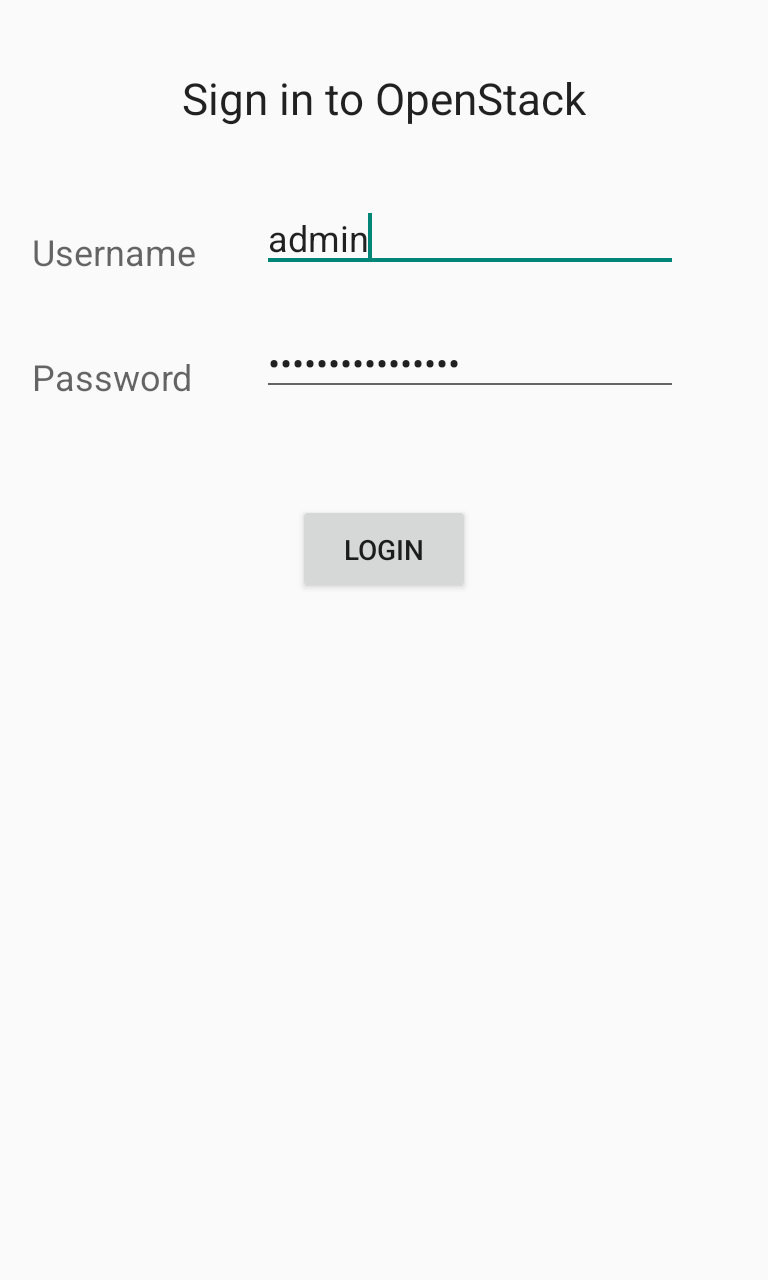
Repository: browndrf/cmpe283
Layout: myopenstack/res/layout/login_activity.xml
The author's editor kept a copy of each file at every save. The layout is drawn from the files as they stood at one save, then again after the next save.
It is drawn on a 768 x 1280 px phone screen (xhdpi) without system bars, with theme AppTheme; the app's code is not run.

Above is the layout before, as saved 2014-09-14 01:11:57.

### myopenstack/res/layout/login_activity.xml
<RelativeLayout xmlns:android="http://schemas.android.com/apk/res/android"
   xmlns:tools="http://schemas.android.com/tools"
   android:layout_width="match_parent"
   android:layout_height="match_parent"
   android:paddingBottom="@dimen/activity_vertical_margin"
   android:paddingLeft="@dimen/activity_horizontal_margin"
   android:paddingRight="@dimen/activity_horizontal_margin"
   android:paddingTop="@dimen/activity_vertical_margin"
   tools:context=".Login" >

   <TextView
      android:id="@+id/textView1"
      android:layout_width="wrap_content"
      android:layout_height="wrap_content"
      android:layout_alignParentTop="true"
      android:layout_centerHorizontal="true"
      android:layout_marginTop="18dp"
      android:text="Sign in to OpenStack"
      android:textAppearance="?android:attr/textAppearanceLarge" />

   <TextView
      android:id="@+id/textView2"
      android:layout_width="wrap_content"
      android:layout_height="wrap_content"
      android:layout_alignParentLeft="true"
      android:layout_below="@+id/textView1"
      android:layout_marginTop="50dp"
      android:text="Username"
      android:textAppearance="?android:attr/textAppearanceMedium" />

   <EditText
      android:id="@+id/editText1"
      android:layout_width="wrap_content"
      android:layout_height="wrap_content"
      android:layout_alignBottom="@+id/textView2"
      android:layout_marginLeft="32dp"
      android:layout_toRightOf="@+id/textView2"
      android:text="admin"
      android:ems="10" >

      <requestFocus />
   </EditText>

   <TextView
      android:id="@+id/textView3"
      android:layout_width="wrap_content"
      android:layout_height="wrap_content"
      android:layout_alignLeft="@+id/textView2"
      android:layout_below="@+id/textView2"
      android:layout_marginTop="38dp"
      android:text="Password"
      android:textAppearance="?android:attr/textAppearanceMedium" />

   <EditText
      android:id="@+id/editText2"
      android:layout_width="wrap_content"
      android:layout_height="wrap_content"
      android:layout_alignBottom="@+id/textView3"
      android:layout_alignLeft="@+id/editText1"
      android:ems="10"
      android:text="cded84956ebc46ae"
      android:inputType="textPassword" />

   <Button
      android:id="@+id/button1"
      android:layout_width="wrap_content"
      android:layout_height="wrap_content"
      android:layout_below="@+id/editText2"
      android:layout_centerHorizontal="true"
      android:layout_marginTop="50dp"
      android:onClick="login"
      android:text="Login" />

   <TextView
      android:id="@+id/textViewErr"
      android:layout_width="wrap_content"
      android:layout_height="wrap_content"
      android:layout_marginTop="60dp"
      android:textAppearance="?android:attr/textAppearanceMedium" />

</RelativeLayout>

Loaded but not shown: myopenstack/res/values/styles.xml (common file); myopenstack/res/values-v11/styles.xml (common file); myopenstack/res/values-v14/styles.xml (common file); myopenstack/res/values/dimens.xml (common file); myopenstack/res/values-w820dp/dimens.xml (common file)

After the next save:
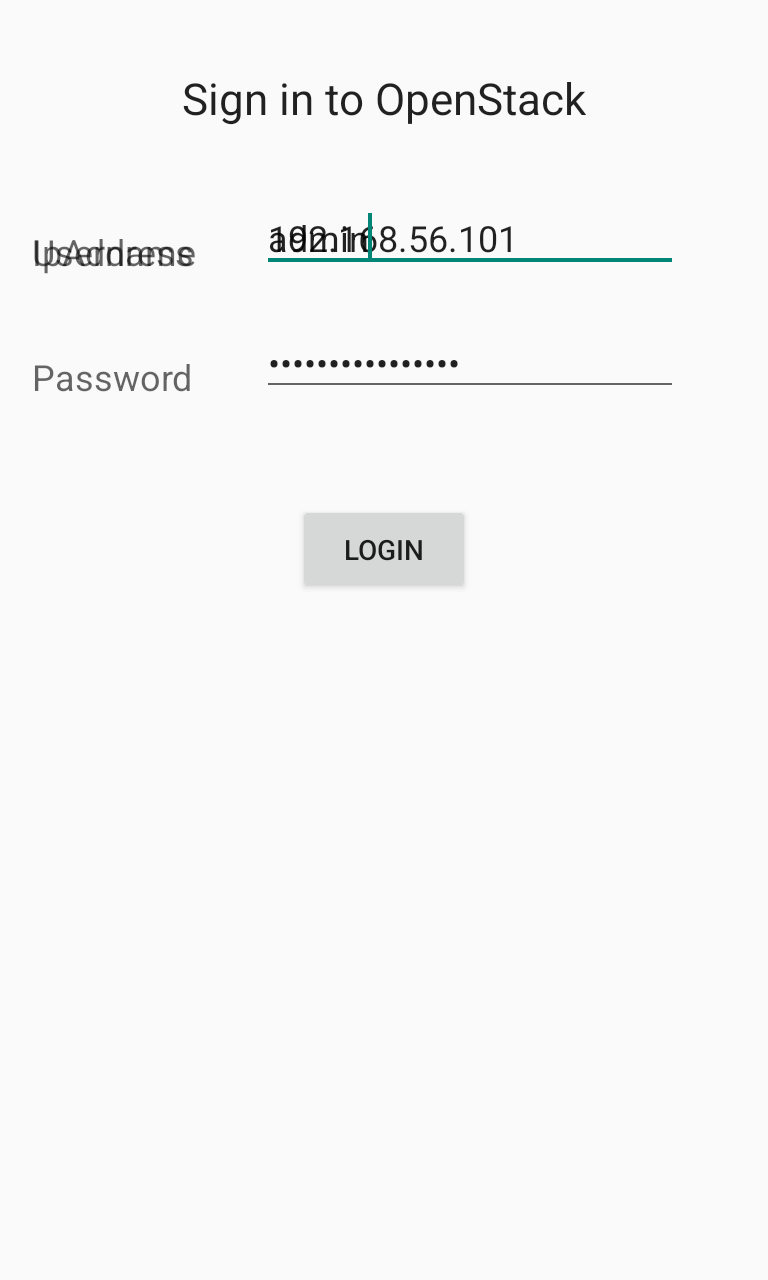
Saved 9 min 28 s later.
--- a/myopenstack/res/layout/login_activity.xml
+++ b/myopenstack/res/layout/login_activity.xml
@@ -19,6 +19,28 @@
       android:textAppearance="?android:attr/textAppearanceLarge" />
 
    <TextView
+      android:id="@+id/textViewIp"
+      android:layout_width="wrap_content"
+      android:layout_height="wrap_content"
+      android:layout_alignParentLeft="true"
+      android:layout_below="@+id/textView1"
+      android:layout_marginTop="50dp"
+      android:text="IpAddress"
+      android:textAppearance="?android:attr/textAppearanceMedium" />
+
+   <EditText
+       android:id="@+id/editTextIp"
+       android:layout_width="wrap_content"
+       android:layout_height="wrap_content"
+       android:layout_alignBottom="@+id/textView2"
+       android:layout_marginLeft="32dp"
+       android:layout_toRightOf="@+id/textView2"
+       android:ems="10"
+       android:text="192.168.56.101" >
+
+       <requestFocus />
+   </EditText>
+<TextView
       android:id="@+id/textView2"
       android:layout_width="wrap_content"
       android:layout_height="wrap_content"
